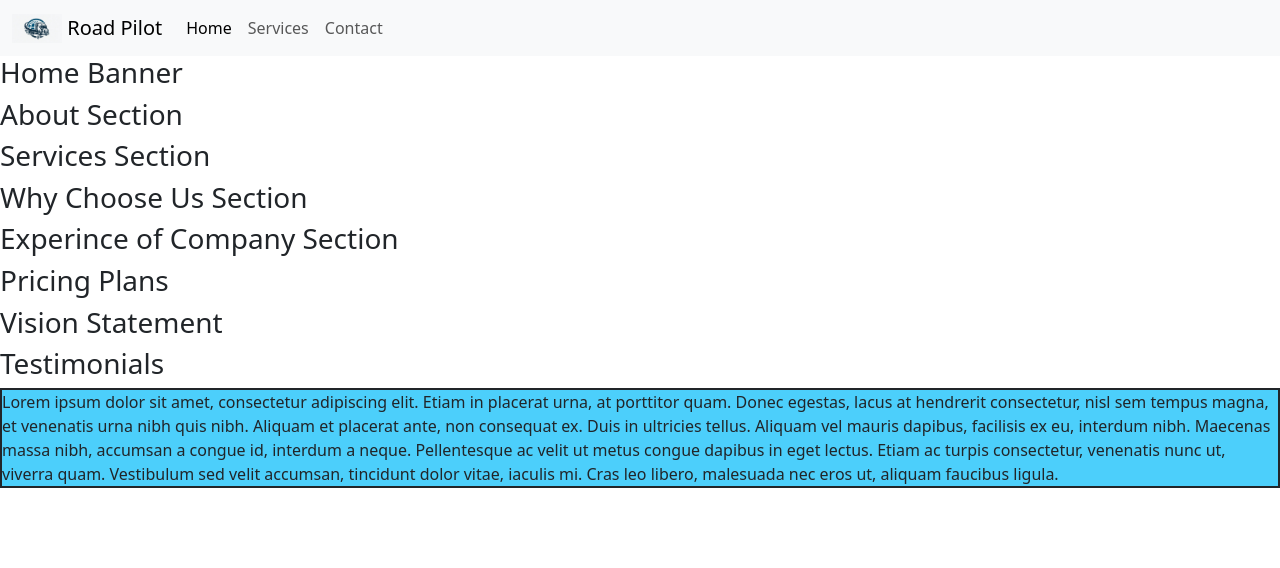
Repository: VictoriousMango/WebCreator
Page: index.html
An editor plug-in stored every save of this project. The page is shown before and after a run of saves, followed by the edit.
The browser window is 1280 px wide. The pictures show the whole page.

Above is the page before, as saved 2024-11-09 13:38:24.

After the next 3 saves:
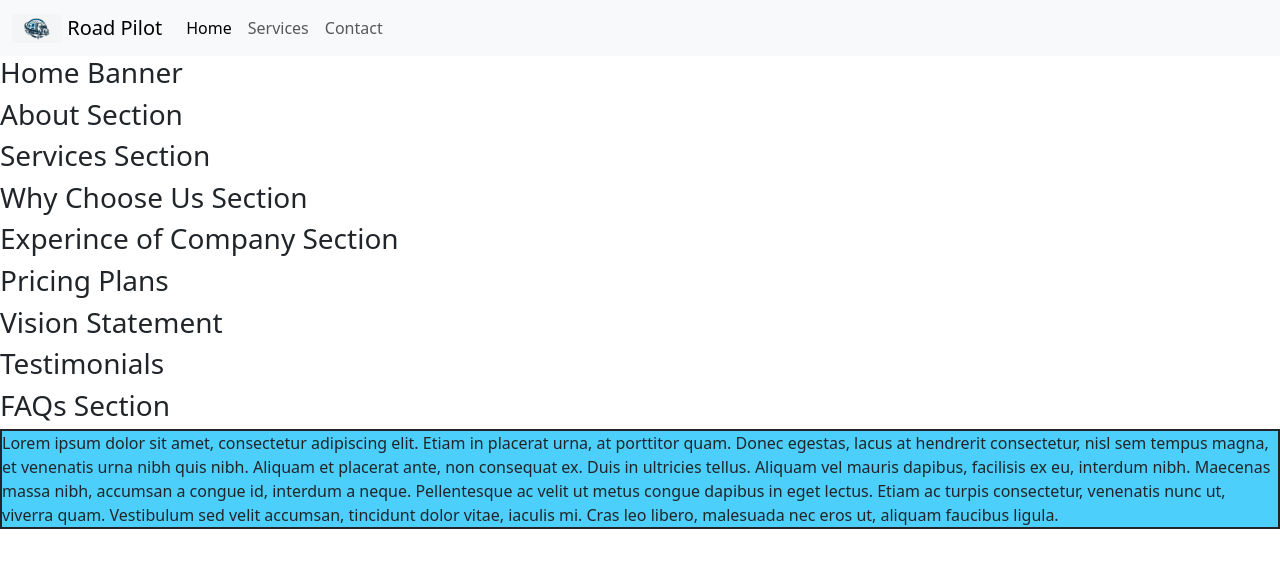
The 3 saves are shown as one change because they came seconds apart.
The last was saved 9 s later.
--- a/index.html
+++ b/index.html
@@ -64,7 +64,7 @@
             <h3>Testimonials</h3>
         </div>
         <div class="home__faq">
-            <h3></h3>
+            <h3>FAQs Section</h3>
         </div>
         <div class="blog">
             <h3></h3>
